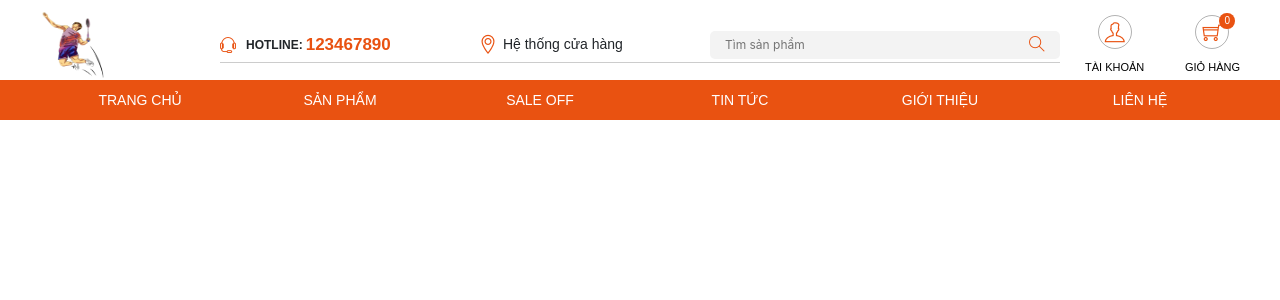
Repository: Namtran3107/CauLongSo1
Page: login.html
The author's editor kept a copy of each file at every save. The page is drawn from the files as they stood at one save, then again after the next save.
The browser window is 1280 px wide. The pictures show the whole page.

Above is the page before, as saved 2022-12-11 13:56:53.

### login.html
<!DOCTYPE html>
<html lang="en">
<head>
    <meta charset="UTF-8">
    <meta http-equiv="X-UA-Compatible" content="IE=edge">
    <meta name="viewport" content="width=device-width, initial-scale=1.0">
    <link rel="stylesheet" href="./index.css">
    <link rel="stylesheet" href="./login.css">
    <link rel="stylesheet" href="./themify-icons-font/themify-icons/themify-icons.css">
    <link rel="stylesheet" href="https://stackpath.bootstrapcdn.com/bootstrap/4.3.1/css/bootstrap.min.css" integrity="sha384-ggOyR0iXCbMQv3Xipma34MD+dH/1fQ784/j6cY/iJTQUOhcWr7x9JvoRxT2MZw1T" crossorigin="anonymous">
    <title>Cau Long So 1</title>
</head>
<body>
    <div id="body-all-website">
        <div id="body-width-all">
            <div id="header-website-top">
                <div class="header-website">
                    <div class="header-logo-and-account-all">
                        <a href="" class="header-logo-website">
                            <img src="./img/pngtree-badminton-fitness-little-boy-image_1289549.png" alt="" class="header-logo">
                        </a>
                        <div class="header-phone-location-search">
                            <div class="header-phone-location-search-list">
                                <div class="header-phone-number">
                                    <div class="header-logo-number"><div class="ti-headphone-alt"></div></div>
                                    <div class="header-content-phone-number">HOTLINE: </div>
                                    <div class="header-phone-number-item">123467890</div>
                                </div>
                                <div class="header-location-store">
                                    <div class="header-logo-location"><div class="ti-location-pin"></div></div>
                                    <div class="header-content-location">Hệ thống cửa hàng</div>
                                </div>
                                <div class="header-search-product">
                                    <input type="text" name="" id="" class="header-input-search" placeholder="Tìm sản phẩm">
                                    <a href="" class="header-logo-search"><div class="ti-search"></div></a>
                                    <div class="header-input-history-all">
                                        <div class="header-input-history-list">
                                            <div class="header-input-history-content">
                                                <div class="header-input-history-name-content">Tìm kiếm gần đây</div>
                                            </div>
                                            <div class="header-input-history-item">
                                                <a href="" class="input-history-img"><img src="./img/history.PNG" alt=""></a>
                                                <div class="input-history-name-procduc-and-price">
                                                    <a href="" class="input-history-name-procduc"><div>Giày cầu lông trẻ em Kumpoo KH-F07J xanh chính hãng</div></a>
                                                    <div class="input-history-product-price">690.000 ₫</div>
                                                </div>
                                                <a href="" class="input-history-delete"><div class="ti-close"></div></a>
                                            </div>
                                            <div class="header-input-history-item">
                                                <a href="" class="input-history-img"><img src="./img/history.PNG" alt=""></a>
                                                <div class="input-history-name-procduc-and-price">
                                                    <a href="" class="input-history-name-procduc"><div>Giày cầu lông trẻ em Kumpoo KH-F07J xanh chính hãng</div></a>
                                                    <div class="input-history-product-price">690.000 ₫</div>
                                                </div>
                                                <a href="" class="input-history-delete"><div class="ti-close"></div></a>
                                            </div>
                                            <div class="header-input-history-item">
                                                <a href="" class="input-history-img"><img src="./img/history.PNG" alt=""></a>
                                                <div class="input-history-name-procduc-and-price">
                                                    <a href="" class="input-history-name-procduc"><div>Giày cầu lông trẻ em Kumpoo KH-F07J xanh chính hãng</div></a>
                                                    <div class="input-history-product-price">690.000 ₫</div>
                                                </div>
                                                <a href="https://www.facebook.com/" class="input-history-delete"><div class="ti-close"></div></a>
                                            </div>
                                        </div>
                                    </div>
                                </div>
                            </div>
                        </div>
                        <div class="header-account-website">
                            <div class="account-header-list">
                                <div class="account-website">
                                    <div class="logo-account-website">
                                        <div class="ti-user"></div>
                                        <div class="content-account-website content-account-website-color">TÀI KHOẢN</div>
                                        <div class="account-login-and-register">
                                            <a href="" class="account-login-register-list">
                                                <div class="account-login-register-logo"><div class="ti-share"></div></div>
                                                <div class="ccount-login-register-content">Đăng nhập</div>
                                            </a>
                                            <a href="" class="account-login-register-list">
                                                <div class="account-login-register-logo"><div class="ti-share-alt"></div></div>
                                                <div class="ccount-login-register-content">Đăng ký</div>
                                            </a>
                                        </div>
                                    </div>
                                    <div class="cart-website-header">
                                        <a href="" class="cart-website">
                                            <div class="ti-shopping-cart"></div>
                                            <div class="content-cart-website content-account-website-color">GIỎ HÀNG</div>
                                        </a>
                                        <div class="cart-list">
                                            <div class="cart-list-son">
                                                <div class="cart-list-logo"><div class="ti-bag"></div></div>
                                                <span class="cart-list-text">Không có sản phẩm nào trong giỏ hàng của bạn</span>
                                            </div>
                                        </div>
                                    </div>
                                </div>
                            </div>
                        </div>
                    </div>
                    <div class="header-menu-website">
                        <ul class="menu-website-list">
                            <li><a href="./index.html" class="menu-website-item">TRANG CHỦ</a></li>
                            <li><a href="./product.html" class="menu-website-item">SẢN PHẨM</a></li>
                            <li><a href="./saleoff.html" class="menu-website-item">SALE OFF</a></li>
                            <li><a href="./news.html" class="menu-website-item">TIN TỨC</a></li>
                            <li><a href="./recomend.html" class="menu-website-item">GIỚI THIỆU</a></li>
                            <li><a href="./contact.html" class="menu-website-item">LIÊN HỆ</a></li>
                        </ul>
                    </div>
                </div>
            </div>
        </div>
    </div>
</body>
</html>

### index.css
ul, body{
    padding: 0;
    margin: 0;
}
li{
    list-style-type: none;
}
a{
    text-decoration: none;
}
:root {
    --color-website: #e95211;
}
body::-webkit-scrollbar{
    width: 10px;
}
body::-webkit-scrollbar-thumb{
    border-radius: 100px;
    background-image: linear-gradient(to bottom, var(--color-website), #fcaf17);
}
body::-webkit-scrollbar-track{
    border-radius: 100rem;
}
/* HEADER ***********/
#header-website-top{
    width: 100%;
    margin: 0 auto;
}
.header-website{
    margin-top: 10px;
}
.header-logo{
    width: 70px;
    height: 70px;
}
.menu-website-list{
    width: 1200px;
    height: 100%;
    margin: 0 auto;
    display: flex;
    margin-bottom: 0;
}
.menu-website-list li{
    width: calc(100% / 6);
    height: 100%;
    display: flex;
    align-items: center;
    justify-content: center;
}
.menu-website-item{
    width: 100%;
    padding: 12px 0;
    font-size: 14px;
    color: white;
    font-family: sans-serif;
    text-align: center;
    transition: 0.3s linear;
    text-decoration: none;
}
.menu-website-item:hover{
    color: var(--color-website);
    text-decoration: none;
    background-color: white;
}
.header-phone-location-search{
    display: flex;
    height: 35px;
    width: 70%;
    border-bottom: 1px solid rgb(0, 0, 0, 0.2);
}
.header-phone-number{
    display: flex;
    align-items: center;
}
.header-logo-number, .header-phone-number-item,
.header-logo-location, .header-logo-search{
    color: var(--color-website);
}
.header-phone-location-search-list{
    display: flex;
    justify-content: space-between;
    align-items: center;
    width: 100%;
}
.header-content-phone-number{
    font-size: 12px;
    font-family: sans-serif;
    font-weight: 600;
    margin-left: 10px;
}
.header-phone-number-item{
    font-size: 17px;
    font-weight: 600;
    font-family: sans-serif;
    margin-left: 3px;
}
.header-location-store{
    display: flex;
}
.header-logo-location{
    font-size: 20px;
}
.header-content-location{
    font-size: 14px;
    font-family: sans-serif;
    font-weight: 500;
    margin-left: 5px;
}
.header-search-product{
    display: flex;
    position: relative;
}
.header-input-search{
    font-size: 12px;
    outline: none;
    border: transparent;
    background-color: #f3f3f3;
    width: 350px;
    padding: 5px 0px 5px 15px;
    border-radius: 5px;
}
.header-logo-search{
    position: absolute;
    top: 5px;
    right: 0;
    font-weight: 600;
    padding: 0px 15px 0 10px;
    text-decoration: none;
}
.header-logo-search:hover{
    text-decoration: none;
    color: var(--color-website);
}
.header-logo-website, .header-account-website{
    width: 15%;
}
.header-menu-website{
    width: 100%;
    height: 40px;
    background-color: var(--color-website);
}
.ti-user, .ti-shopping-cart{
    font-size: 20px;
    color: var(--color-website);
    padding: 6px;
    border-radius: 50%;
    border: 1px solid rgb(0, 0, 0, 0.3);
}
.account-header-list{
    display: flex;
    height: 100%;
    align-items: center;
}
.account-website{
    display: flex;
    justify-content: space-between;
    width: 100%;
    margin-left: 25px;
}
.logo-account-website, .cart-website{
    display: flex;
    flex-direction: column;
    align-items: center;
    position: relative;
    text-decoration: none;
}
.account-login-and-register::after{
    position: absolute;
    content: "";
    width: 100%;
    height: 30px;
    top: -20px;
    left: 0;
    right: 0;
}
.logo-account-website:hover{
    cursor: pointer;
}
.logo-account-website:hover .content-account-website-color{
    color: var(--color-website);
}
.logo-account-website:hover .account-login-and-register{
    display: block;
}
.account-login-and-register{
    position: absolute;
    width: 140px;
    height: 60px;
    top: 100%;
    background-color: white;
    z-index: 2;
    border-radius: 5px;
    margin-top: 7px;
    display: none;
}.account-login-and-register::before{
    position: absolute;
    content: "";
    border: 9px solid;
    border-color: transparent transparent var(--color-website) transparent;
    top: -18px;
    left: 50%;
    transform: translateX(-50%);
}
.account-login-register-list:hover{
    background-color: var(--color-website);
    color: white;
    text-decoration: none;
}
.account-login-register-list{
    display: flex;
    height: 50%;
    justify-content: center;
    align-items: center;
    border-radius: 5px;
    color: black;
    transition: 0.2s linear;
}
.account-login-register-logo{
    font-size: 17px;
}
.ccount-login-register-content{
    font-size: 14px;
    font-family: sans-serif;
    margin-left: 5px;
}
.cart-website:hover{
    text-decoration: none;
}
.cart-website::before{
    position: absolute;
    content: "0";
    color: white;
    font-size: 10px;
    font-family: sans-serif;
    background-color: var(--color-website);
    padding: 0.7px 5px;
    border-radius: 50%;
    top: -2px;
    right: 5px;
}
.content-account-website, .content-cart-website{
    font-size: 11px;
    font-family: sans-serif;
    color: black;
    margin-top: 10px;
}
.header-logo-and-account-all{
    display: flex;
    justify-content: space-between;
    align-items: center;
    width: 1200px;
    margin: 0 auto;
}
.header-input-search:focus ~ .header-input-history-all{
    display: block;
}
.header-input-history-all{
    position: absolute;
    top: calc(100% + 5px);
    left: 0;
    right: 0;
    bottom: 0;
    width: 100%;
    z-index: 5;
    display: none;
}
.header-input-history-list{
    background-color: white;
    padding: 10px;
    height: 320px;
    box-shadow: 0px 4px 5px;
    border-radius: 10px;
}
.input-history-img img{
    width: 70px;
    height: 70px;
}
.header-input-history-name-content{
    font-size: 17px;
    font-family: sans-serif;
    font-weight: 600;
    opacity: 0.8;
    padding-bottom: 3px;
    border-bottom: 1px solid rgb(0, 0, 0, 0.2);
}
.header-input-history-item{
    display: flex;
    align-items: center;
    margin-top: 10px;
    padding: 5px;
}
.input-history-name-procduc-and-price{
    padding: 5px;
}
.input-history-name-procduc{
    font-size: 14px;
    font-family: sans-serif;
    color: #000;
}
.input-history-name-procduc div{
    line-height: 18px;
}
.input-history-name-procduc:hover{
    color: var(--color-website);
    text-decoration: none;
}
.input-history-product-price{
    font-size: 15px;
    font-weight: 600;
    color: red;
}
.input-history-delete{
    color: #000;
    padding: 7px;
    border-radius: 50%;
}
.input-history-delete:hover{
    color: black;
    opacity: 0.7;
    text-decoration: none;
    background-color: rgb(231, 231, 231);
}
.cart-website-heade{
    position: relative;
}
.cart-list{
    position: absolute;
    width: 340px;
    top: 100%;
    right: 0;
    background-color: white;
    z-index: 5;
    border-radius: 5px;
    box-shadow: 0px 0px 1px black;
    display: none;
}
.cart-website-header{
    position: relative;
}
.cart-website-header:hover .cart-list{
    display: block;
}
.cart-list::before{
    position: absolute;
    content: "";
    top: -15px;
    right: 0;
    left: 0;
    height: 20px;
}
.cart-list-son{
    display: flex;
    flex-direction: column;
    align-items: center;
    padding: 15px 5px;
}
.ti-bag{
    font-size: 80px;
    color: black;
    opacity: 0.7;
}
.cart-list-text{
    font-size: 13px;
    font-family: sans-serif;
    color: black;
    margin-top: 20px;
}
/* Body************************* */
#body-product{
    width: 1200px;
    margin: 0 auto;
}
.content-new-product{
    margin: 30px 0;
    text-align: center;
}
.name-content-news{
    color: var(--color-website);
    font-size: 27px;
    font-family: sans-serif;
    font-weight: 600;
}
.name-content-news:hover{
        color: var(--color-website);
        text-decoration: none;
}
.product-new-item-box{
    padding: 15px 10px 10px;
    display: flex;
    flex-direction: column;
    width: 100%;
    height: 300px;
}
.product-trailer-new-background{
    background-color: #fcaf17;
    border-radius: 10px;
}
.product-new-item-box-img{
    width: 100%;
    height: 210px;
    overflow: hidden;
}
.product-new-item-img-item{
    width: 196px;
    height: 100%;
    transition: 0.2s linear;
}
.product-new-item-img-item:hover{
    transform: scale(1.2);
}
.product-trailer-new-list-all{
    padding: 30px 20px 0;
}
.product-trailer-new-list{
    margin: 0;
    display: flex;
    overflow-x: scroll;
    border-radius: 5px;
    padding-bottom: 7px;
    cursor: grab;
}
.product-trailer-new-list::-webkit-scrollbar{
	background-color: #fcaf17;
    width: 5px;
}
.product-trailer-new-list::-webkit-scrollbar-track{
	border-radius: 10px;
	background-color: #fcaf17;
}
.product-trailer-new-list::-webkit-scrollbar-thumb{
	border-radius: 10px;
	background-image: linear-gradient(to bottom, var(--color-website), #fcaf17);
}
.product-trailer-new-item{
    height: auto;
    background-color: white;
    margin-left: 20px;
    border-radius: 5px;
    width: calc(calc(100% / 5));
}
.product-trailer-new-item:first-child{
    margin-left: 0;
}
.product-new-item-box-name{
    font-size: 14px;
    font-family: sans-serif;
    text-decoration: none;
    color: black;
}
.product-new-item-box-name:hover{
    text-decoration: none;
    color: var(--color-website) !important;
}
.product-new-item-box-prices{
    color: red;
    font-size: 15px;
    margin-top: 7px;
    font-weight: 600;
}
/* Product-link ******************* */
#body-product-list-all{
    margin-top: 20px;
}
.product-link-box{
    width: 100%;
    z-index: 5;
    position: relative;
}
.product-link-item{
    margin-left: 20px;
    width: calc(calc(100% / 4) - 20px);
    margin-top: 15px;
    overflow: hidden;
    position: relative;
    border-radius: 5px;
}
.product-link-box-img{
    width: 100%;
    height: 100%;
    transform: scale(1.1);
    transition: 0.2s linear;
}
.product-link-box-background:hover .product-link-box-img{
    transform: scale(1);
}
.product-link-box-background:hover::after{
    display: block;
    opacity: 0.8;
}
.product-link-box-background:hover::before{
    display: block;
    opacity: 0.6;
}
.product-link-box-background:hover .product-link-content-box{
    background-color: var(--color-website);
}
.product-link-box-background::before{
    position: absolute;
    content: "";
    top: 0;
    left: 0;
    right: 0;
    bottom: 0;
    background-color: white;
    z-index: 3;
    display: none;
}
.product-link-box-background::after{
    position: absolute;
    content: "";
    top: 0;
    left: 0;
    right: 0;
    bottom: 0;
    transform: skew(-10deg) rotate(-10deg) translateY(47%);
    background-color: var(--color-website);
    z-index: 5;
    display: none;
}
.product-link-list-item{
    display: flex;
    margin-left: -20px;
    flex-wrap: wrap;
}
.product-link-box-background{
    width: 100%;
}
.product-link-content-box{
    z-index: 8;
    position: absolute;
    top: 40%;
    left: 50%;
    width: 220px;
    height: 40px;
    background-color: rgba(233,82,17,0.85);
    display: flex;
    justify-content: center;
    align-items: center;
    transform: skew(-10deg) rotate(-10deg) translate(-50%, -50%);
}
.product-link-content-box:hover{
    text-decoration: none;
}
.product-link-content{
    font-size: 22px;
    font-family: sans-serif;
    color: white;
}
.product-sale-off-content{
    margin: 30px 0;
    text-align: center;
}
.sale-off-name-content{
    color: var(--color-website);
    font-size: 30px;
    font-family: sans-serif;
    padding-bottom: 10px;
}
.sale-off-name-content:hover{
    color: var(--color-website);
    text-decoration: none;
}
.product-sale-off-item{
    width: calc(calc(100% / 3) - 20px);
    margin-left: 20px;
}
.product-sale-off-img{
    width: 100%;
}
.product-sale-off-list{
    display: flex;
    margin-left: -20px;
}
.news-paper-content{
    margin: 30px 0;
    text-align: center;
}
.news-paper-name-content{
    color: var(--color-website);
    font-size: 28px;
    font-family: sans-serif;
    padding-bottom: 10px;
}
.news-paper-name-content:hover{
    color: var(--color-website);
    text-decoration: none;
}
.news-paper-list{
    width: calc(calc(100% / 4) + 20px);
    position: relative;
    display: flex;
    flex-direction: column;
    align-items: center;
    height: 330px;
    margin-left: 20px;
}
.news-paper-list:first-child{
    margin-left: 0;
}
.news-paper-img{
    width: 100%;
    transition: 0.25s linear;
}
.news-paper-img:hover{
    transform: scale(1.05);
}
.news-paper-list-all{
    display: flex;
    justify-content: center;
}
.news-paper-list-all-son{
    display: flex;
    overflow-x: scroll;
    overflow-y: hidden;
    padding-bottom: 7px;
    cursor: grab;
}
.news-paper-list-all-son::-webkit-scrollbar-track
{
	border-radius: 10px;
	background-color: #F5F5F5;
}

.news-paper-list-all-son::-webkit-scrollbar
{
	width: 10px;
	background-color: #F5F5F5;
}

.news-paper-list-all-son::-webkit-scrollbar-thumb
{
	border-radius: 10px;
	background-color: rgb(85, 85, 85, 0.6);
}
.news-paper-recommend{
    position: absolute;
    top: 46%;
    width: 90%;
    background-color: white;
    box-shadow: 0px 1px 5px var(--color-website);
}
.news-paper-recommend-son{
    padding: 7px 15px;
    display: flex;
    flex-direction: column;
    align-items: center;
    position: relative;
}
.news-paper-recommend-header{
    font-size: 16px;
    font-weight: 600;
    font-family: sans-serif;
    overflow: hidden;
    text-overflow: ellipsis;
    line-height: 25px;
    -webkit-line-clamp: 2;
    height: 50px;
    display: -webkit-box;
    -webkit-box-orient: vertical;
    opacity: 0.9;
    color: black;
}
.news-paper-recommend-header:hover{
    color: var(--color-website);
    text-decoration: none;
}
.news-paper-item{
    width: 285px;
    box-shadow: 0px 1px 2px 0px black;
    overflow: hidden;
}
.news-paper-recommend-son::after{
    position: absolute;
    content: "";
    left: 0;
    right: 0;
    top: 75px;
    margin: 0 15px;
    border: 1px solid var(--color-website);
}
.news-paper-recommend-day-time{
    color: white;
    background-color: var(--color-website);
    font-size: 12px;
    font-family: sans-serif;
    padding: 2px 7px;
    border-radius: 50px;
    margin-top: 7px;
    z-index: 5;
}
.news-paper-recommend-text{
    font-size: 14px;
    font-family: sans-serif;
    opacity: 0.8;
}
#body-news-paper{
    height: 420px;
}
/********* FOOTER ********/
#footer-website-bottom{
    margin-top: 40px;
    background-color: #222222;
}
#footer-website-all{
    width: 1200px;
    margin: 0 auto;
    padding: 30px 0;
    line-height: 20px;
}
.footer-website-list{
    display: flex;
}
.footer-website-item{
    width: calc(calc(100% / 4) - 20px);
    margin-left: 20px;
}
.footer-website-item:first-child{
    margin-left: 0;
}
.footer-website-item-header, .footer-website-item-contact-bold,
.footer-website-item-last, .footer-website-item-contact-text{
    color: white;
}
.footer-website-item-bold-first, .footer-website-item-contact-color,
.footer-website-item-location{
    color: var(--color-website);
}
.footer-website-item-header{
    font-size: 14px;
    font-family: sans-serif;
    letter-spacing: 1px;
}
.footer-website-item-bold-first{
    font-size: 15px;
    font-family: sans-serif;
    line-height: 20px;
}
.footer-item-text-son{
    margin-top: 10px;
    line-height: 20px;
}
.footer-website-item-contact-bold{
    font-size: 14px;
    font-family: sans-serif;
    font-weight: 600;
}
.footer-website-item-contact-color{
    font-size: 14px;
}
.footer-website-item-contact-color:hover{
    color: var(--color-website);
    text-decoration: none;
}
.footer-website-item-contact-text, .footer-website-item-last{
    font-size: 14px;
    font-family: sans-serif;
}
.footer-website-item-location{
    font-size: 16px;
    font-family: sans-serif;
    font-weight: 600;
}
.footer-website-item-location:hover{
    color: var(--color-website);
    text-decoration: none;
}
.footer-website-item-contact{
    margin-top: 10px;
    line-height: 20px;
}
.footer-website-item-text-a{
    font-size: 14px;
    font-family: sans-serif;
    color: white;
}
.footer-website-item-text-a:hover{
    color: var(--color-website);
    text-decoration: none;
}
.footer-website-item-text-li{
    list-style-type: disc;
    color: white;
    margin: 10px 0 0 20px;
    line-height: 20px;
}
.footer-website-item-text-li:hover{
    color: var(--color-website);
}
.footer-website-item-contact-icon{
    color: white;
    padding: 6px;
    border: 1px solid white;
    border-radius: 50%;
}
.footer-website-item-contact-icon:hover{
    color: var(--color-website);
    text-decoration: none;
    border-color: var(--color-website);
}
.footer-website-item-contact-icon:last-child{
    margin-left: 15px;
}
.footer-website-item-contact:last-child{
    display: flex;
    margin-top: 20px;
}

Loaded but not shown: themify-icons-font/themify-icons/themify-icons.css (common file); login.css (no stored copy; drawn as an empty file)

After the next save:
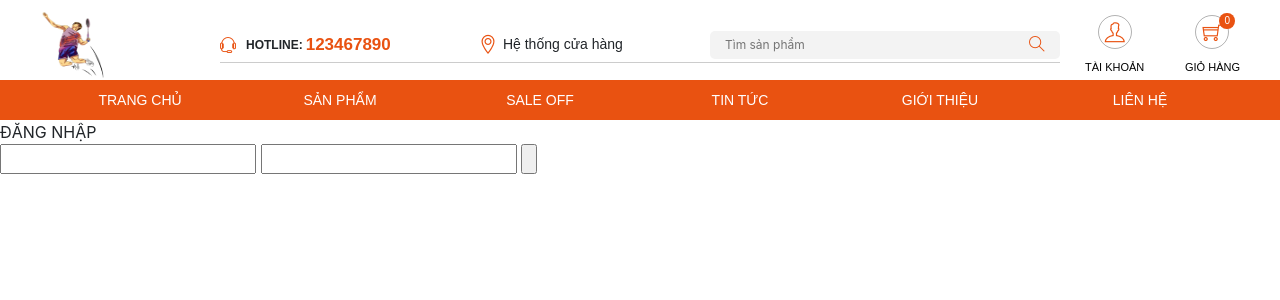
Saved 5 min 25 s later.
--- a/login.html
+++ b/login.html
@@ -112,6 +112,23 @@
                     </div>
                 </div>
             </div>
+            <div id="body-website-login">
+                <div class="body-website-login-list">
+                    <div class="body-website-login-item">
+                        <div class="table-login-list">
+                            <div class="login-content-list">
+                                <span class="login-content-header">ĐĂNG NHẬP</span>
+                                <span class="decor"></span>
+                            </div>
+                            <div class="login-input-list">
+                                <input type="text" class="login-input-item">
+                                <input type="text" class="login-input-item">
+                                <input type="button" class="login-input-item">
+                            </div>
+                        </div>
+                    </div>
+                </div>
+            </div>
         </div>
     </div>
 </body>
